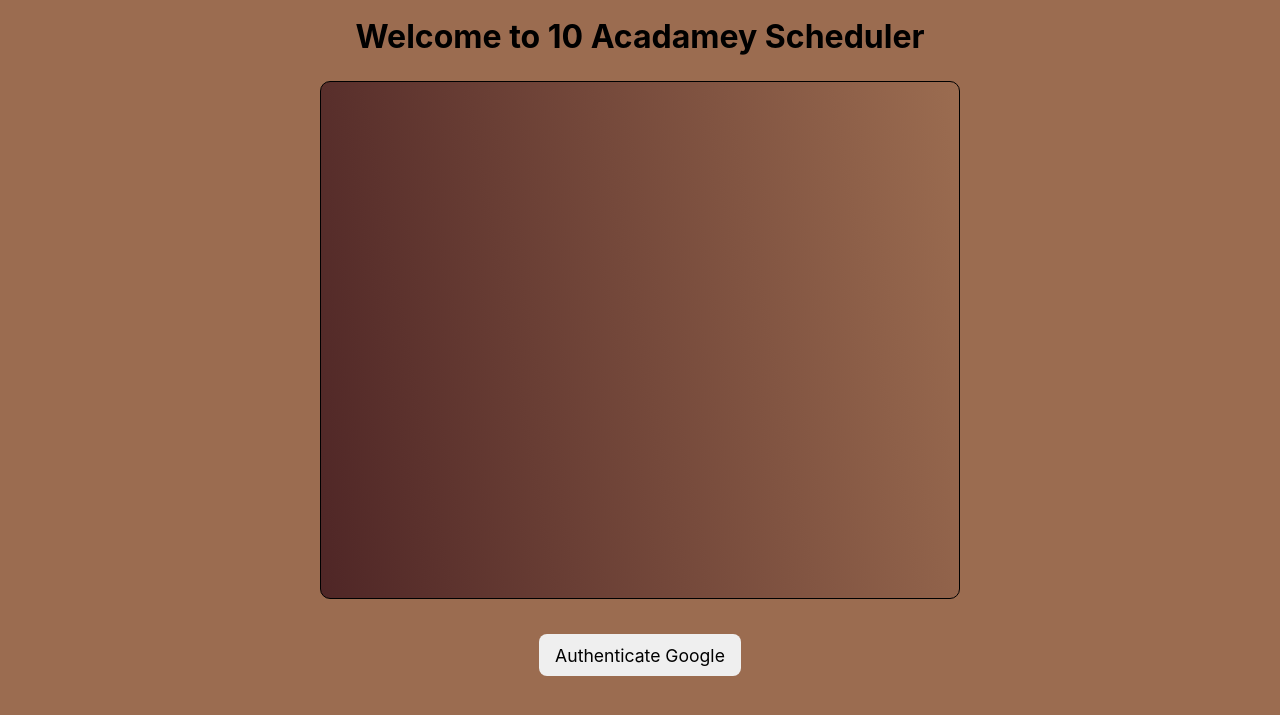
Repository: nebilarega/calendar-extractor
Page: / (app in frontend/)
An editor plug-in stored every save of this project. The page is shown before and after the next save, followed by the edit.
The browser window is 1280 px wide. The pictures show the whole page.
The project was rebuilt for these pictures with package versions that can differ from the ones it lists, and the page was loaded fresh each time.

Above is the page before, as saved 2022-08-24 23:39:02.

After the next save:
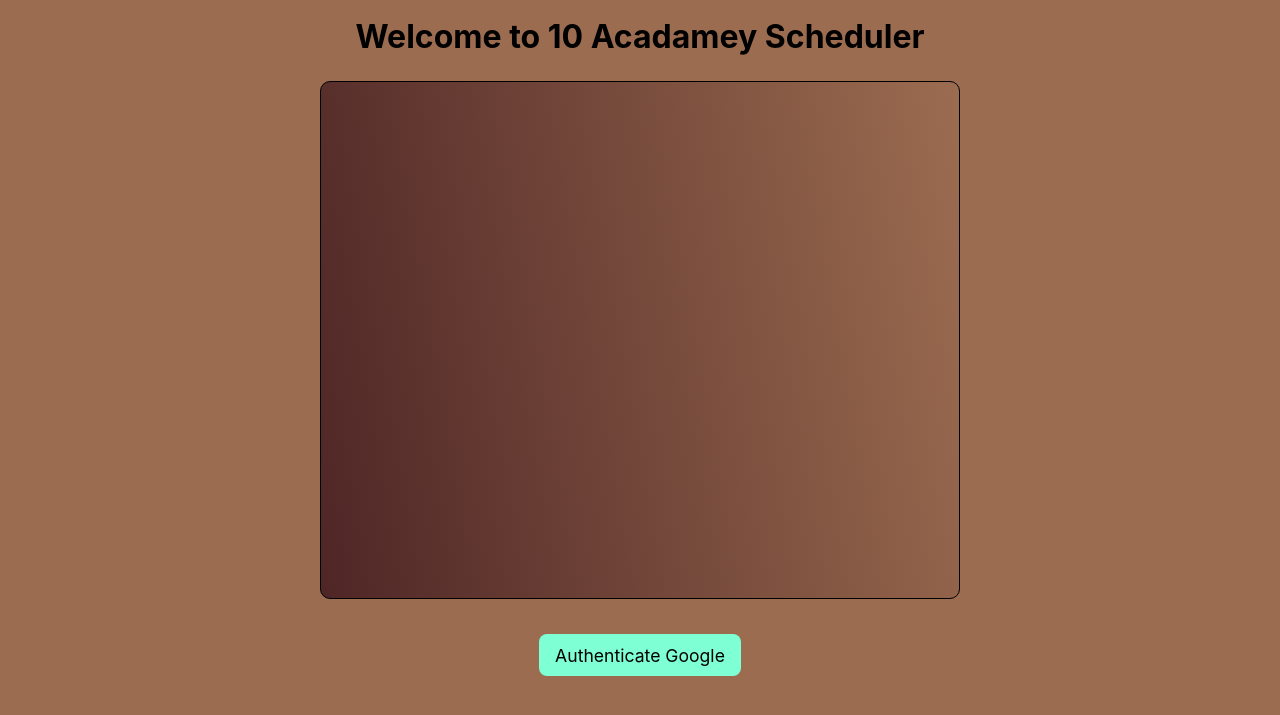
Saved 30 s later.
--- a/frontend/src/css/landing.css
+++ b/frontend/src/css/landing.css
@@ -98,7 +98,10 @@
   font-size: 1.1rem;
   border-radius: 0.5rem;
   border: none;
+  background-color: aquamarine;
 }
 button:focus {
   outline: none;
 }
+button:hover {
+}
